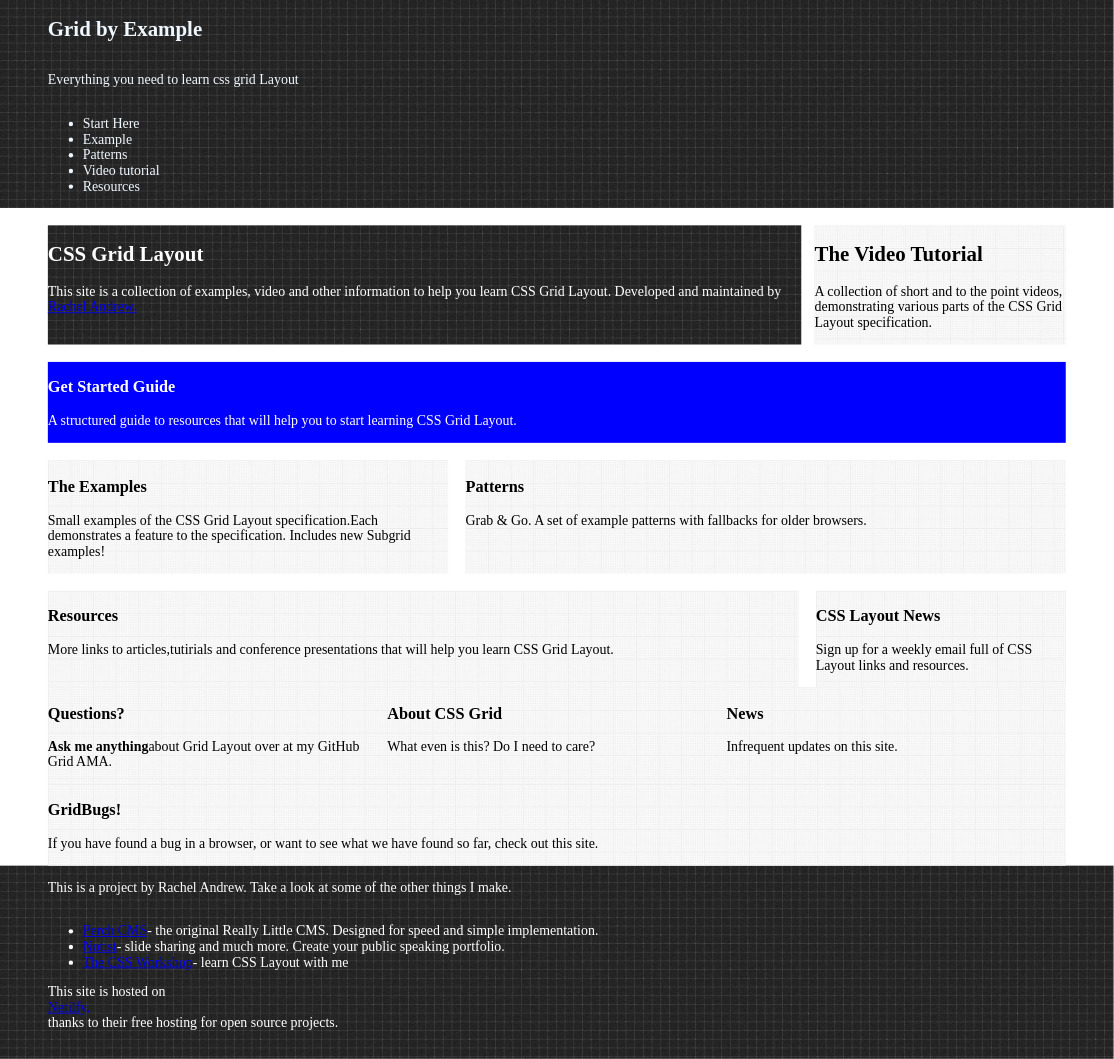
Repository: sitikhusushan/grid
Page: index.html
An editor plug-in stored every save of this project. The page is shown before and after the next save, followed by the edit.
The browser window is 1280 px wide. The pictures show the whole page, at 87% of full size.

Above is the page before, as saved 2020-05-12 22:27:01.

### index.html
<!DOCTYPE html>
<html lang="en">
  <head>
    <meta charset="UTF-8" />
    <meta name="viewport" content="width=device-width, initial-scale=1.0" />
    <title>Grid View</title>
    <link rel="stylesheet" href="style.css" />
  </head>
  <body>
    <div class="header">
      <div class="container">
        <h2>Grid by Example</h2>
        <p>Everything you need to learn css grid Layout</p>
        <ul>
          <li>Start Here</li>
          <li>Example</li>
          <li>Patterns</li>
          <li>Video tutorial</li>
          <li>Resources</li>
        </ul>
      </div>
    </div>
    <div class="layout">
      <div class="container">
        <div class="layouts">
        <div class="left">
          <h2>CSS Grid Layout</h2>
          <p>
            This site is a collection of examples, video and other information
            to help you learn CSS Grid Layout. Developed and maintained by
            <a href="#">Rachel Andrew.</a>
          </p>
        </div>
        <div class="right">
          <h2>The Video Tutorial</h2>
          <p>
            A collection of short and to the point videos, demonstrating various
            parts of the CSS Grid Layout specification.
          </p>
        </div>
      </div>
    </div>
    </div>
    <div class="guide ">
      <div class="container">
        <div class="guides">
        <h3>Get Started Guide</h3>
        <p>
          A structured guide to resources that will help you to start learning
          CSS Grid Layout.
        </p>
      </div>
      </div>
    </div>
    <div class="new">
      <div class="container">
        <div class="news">
        <div class="left">
          <h3>The Examples</h3>
          <p>
            Small examples of the CSS Grid Layout specification.Each
            demonstrates a feature to the specification. Includes new Subgrid
            examples!
          </p>
        </div>
        <div class="right">
          <h3>Patterns</h3>
          <p>
            Grab & Go. A set of example patterns with fallbacks for older
            browsers.
          </p>
        </div>
      </div>
    </div>
    </div>
    <div class="resources">
      <div class="container">
        <div class="rs">
        <div class="left">
          <h3>Resources</h3>
          <p>
            More links to articles,tutirials and conference presentations that
            will help you learn CSS Grid Layout.
          </p>
        </div>
        <div class="right">
          <h3>CSS Layout News</h3>
          <p>
            Sign up for a weekly email full of CSS Layout links and resources.
          </p>
        </div>
      </div>
    </div>
    </div>
    <div class="question">
      <div class="container">
        <div class="qs">
        <div class="left">
          <h3>Questions?</h3>
          <p>
            <b>Ask me anything</b>about Grid Layout over at my GitHub Grid AMA.
          </p>
        </div>
        <div class="middle">
          <h3>About CSS Grid</h3>
          <p>What even is this? Do I need to care?</p>
        </div>
        <div class="right">
          <h3>News</h3>
          <p>Infrequent updates on this site.</p>
        </div>
      </div>
      </div>
    </div>
    <div class="bugs">
      <div class="container">
        <div class="bug">
        <h3>GridBugs!</h3>
        <p>
          If you have found a bug in a browser, or want to see what we have
          found so far, check out this site.
        </p>
      </div>
    </div>
    </div>
  <footer>
    <div class="foo">
      <div class="container">
      <p>This is a project by Rachel Andrew. Take a look at some of the other things I make.
        <ul>
          <li><a href="#">Perch CMS</a>- the original Really Little CMS. Designed for speed and simple implementation.</li>
          <li><a href="#">Notist</a>- slide sharing and much more. Create your public speaking portfolio.</li>
          <li><a href="#">The CSS Workshop</a>- learn CSS Layout with me</li>
        </ul>
        This site is hosted on <a href="#">Netilfy,</a>thanks to their free hosting for open source projects.
      </p>
      </div>
    </div>
  </footer>
  </body>
</html>

### style.css
body {
  padding: 0px;
  margin: 0px;
}

.container {
  display: grid;
  width: 1170px;
  margin-left: auto;
  margin-right: auto;
  max-width: 100%;
  padding-left: 15px;
  padding-right: 15px;
}

/* * {
  -webkit-box-sizing: border-box;
  -moz-box-sizing: border-box;
  box-sizing: border-box;
} */

.header {
  background-image: url("image/inflicted.png");
  color: aliceblue;
}

.layout .left {
  background-image: url("image/inflicted.png");
  color: #ffffff;
}

.right {
  background-image: url("image/tiny_grid.png");
}

.guides {
  width: 100%;
  background-color: blue;
  color: #ffffff;
}

.left {
  background-image: url("image/tiny_grid.png");
}

.middle {
  background-image: url("image/tiny_grid.png");
}

.bug {
  background-image: url("image/tiny_grid.png");
}

footer {
  background-image: url("image/inflicted.png");
  color: #ffffff;
}

.layouts {
  display: grid;
  grid-template-columns: 3fr 1fr;
  grid-gap: 15px;
  margin-top: 20px;
  margin-bottom: 20px;
}

.news {
  display: grid;
  grid-template-columns: 2fr 3fr;
  grid-gap: 20px;
  margin-top: 20px;
  margin-bottom: 20px;
}

.rs {
  display: grid;
  grid-template-columns: 3fr 1fr;
  grid-gap: 20px;
}

.qs {
  display: grid;
  grid-template-columns: 1fr 1fr 1fr;
  grid-row: margin;
}

After the next save:
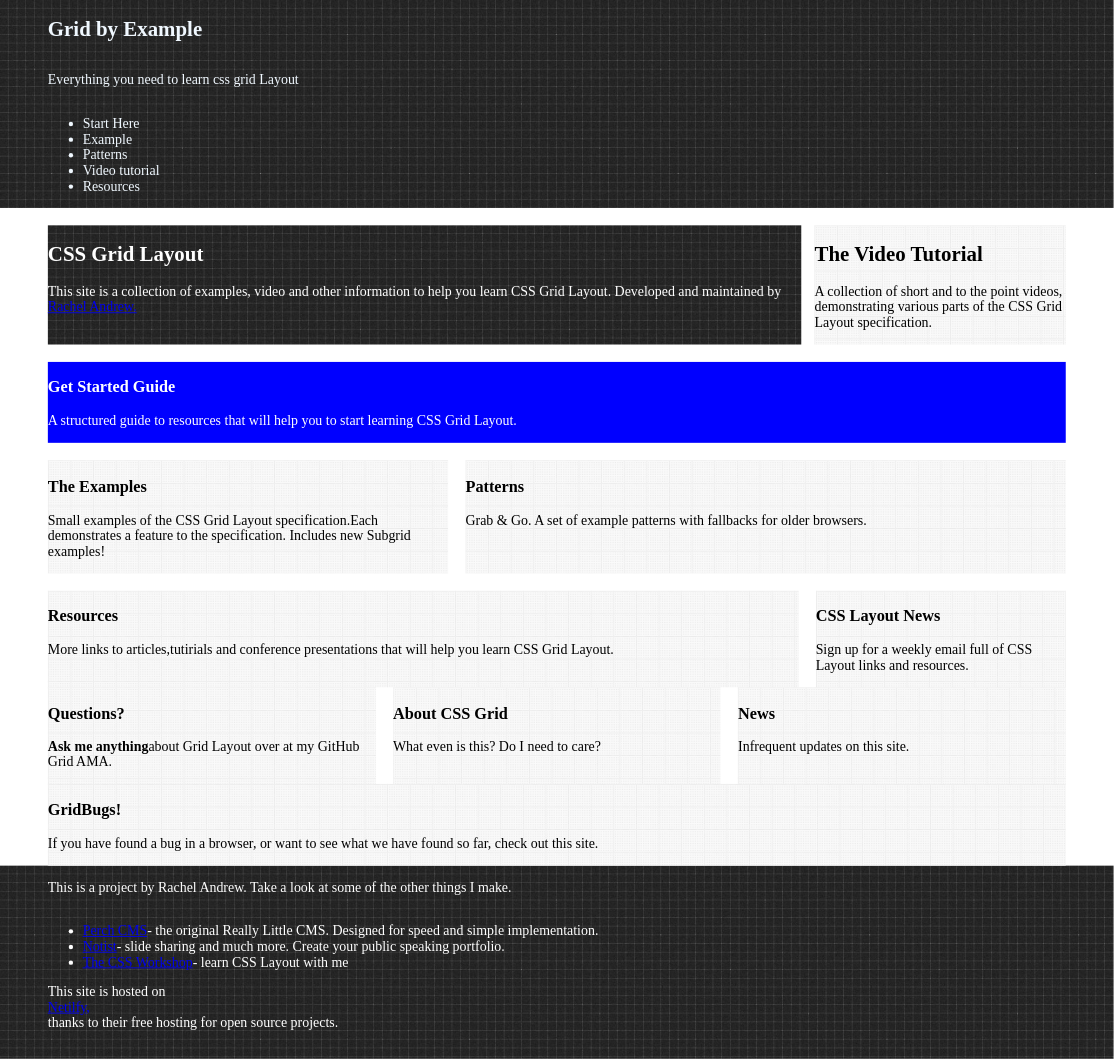
Saved 22 s later.
--- a/style.css
+++ b/style.css
@@ -81,5 +81,5 @@ footer {
 .qs {
   display: grid;
   grid-template-columns: 1fr 1fr 1fr;
-  grid-row: margin;
+  grid-gap: 20px;
 }
